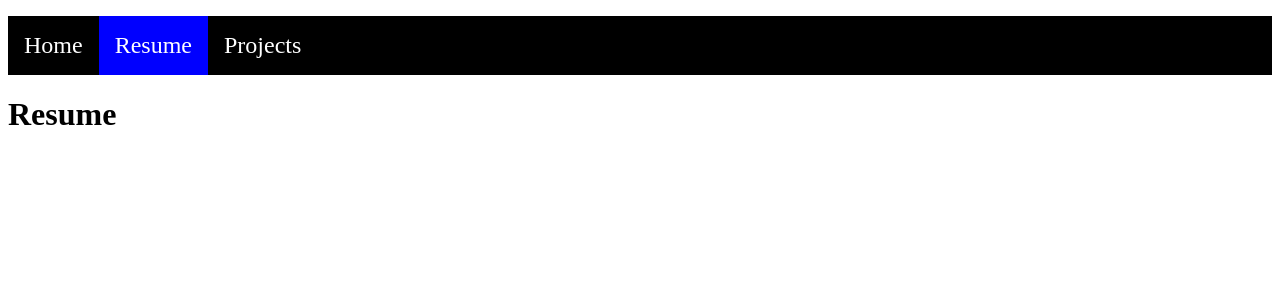
Repository: GoldenCheez/GoldenCheez.github.io
Page: resume.html
The author's editor kept a record of every edit. The page is drawn from the files as they stood at one moment, then again after the next edit.
The browser window is 1280 px wide. The pictures show the whole page.

Above is the page before.

After the next edit:
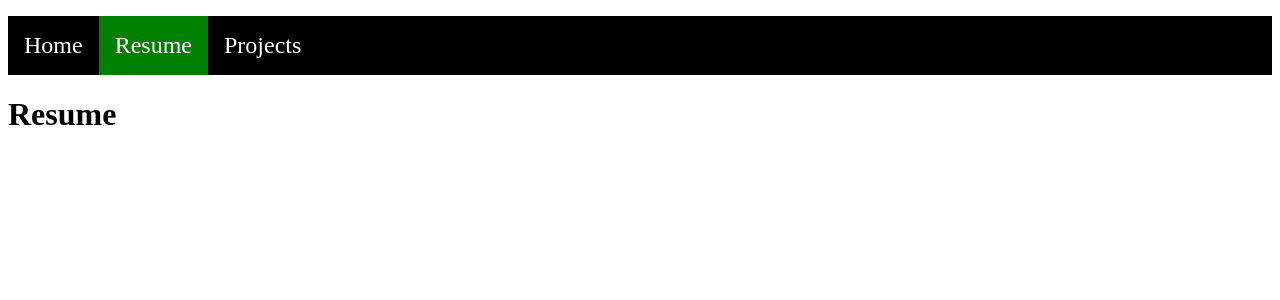
The edit:
--- a/style.css
+++ b/style.css
@@ -37,6 +37,6 @@
       display: block;
     }
   .active{
-        background-color:blue;
+        background-color:green;
 
     }
